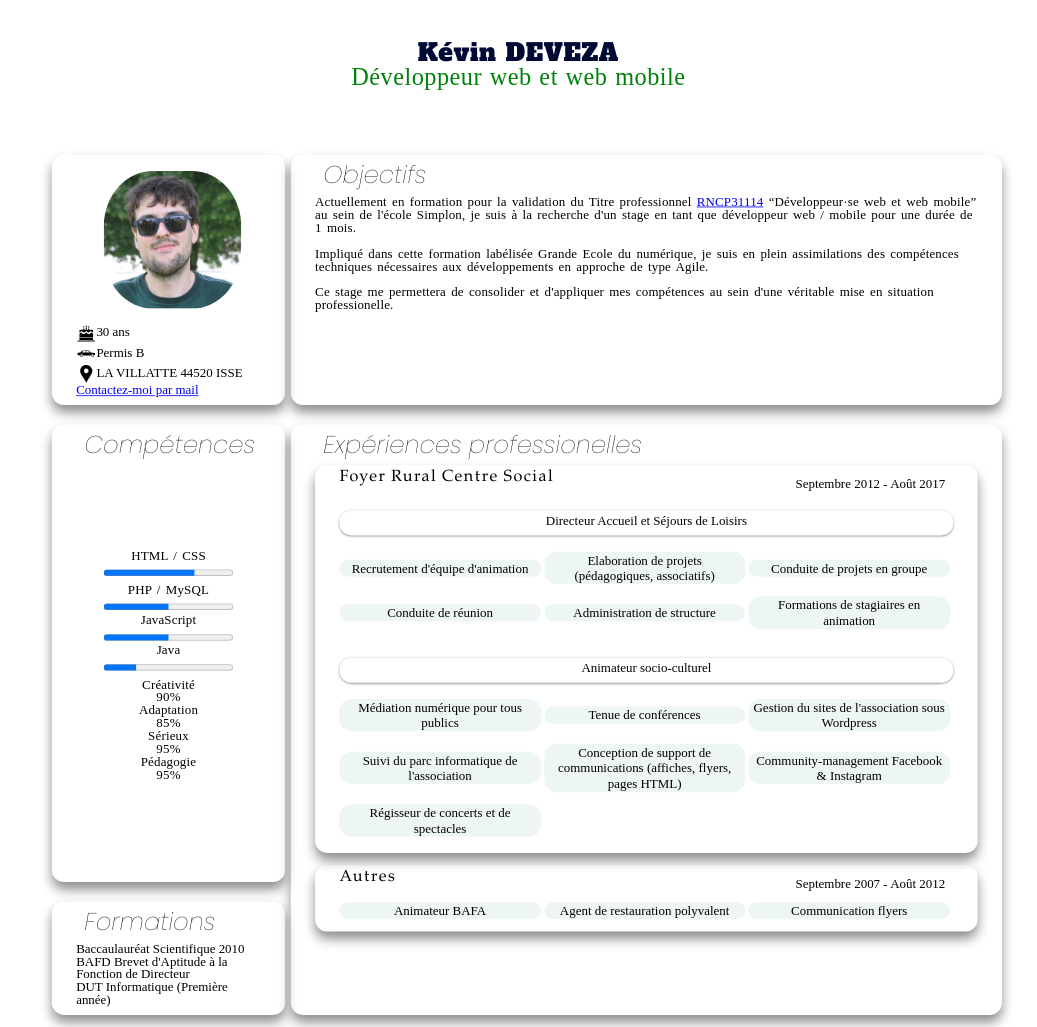
Repository: KevinDvZ/kevindvz.github.io
Page: index.html
These files come from the project's save history. The page is drawn as it stood at one moment and after the next save; the edit follows.
The browser window is 1280 px wide. The pictures show the whole page, at 81% of full size.

Above is the page before, as saved 2020-10-31 18:06:35.

### index.html
<!DOCTYPE html>
<html>

<head>
    <title id="nomprenom">DEVEZA Kevin - Développeur Web et Web mobile.</title>
        <meta charset="utf-8" />
        <meta name="description" contents="CV de Kévin DEVEZA, développeur web  et web mobile junior."/>
        <link rel="stylesheet" href="css/cv_deveza.css" />
        <link rel="stylesheet" href="css/reset.css"/>
        <link href="https://fonts.googleapis.com/css2?family=Alfa+Slab+One&display=swap" rel="stylesheet">
        <link href="https://fonts.googleapis.com/css2?family=Abril+Fatface&display=swap" rel="stylesheet">
        <link href="https://fonts.googleapis.com/css2?family=Poppins:ital,wght@1,100&display=swap" rel="stylesheet">
        <meta name="viewport" content="width=device-width, initial-scale=1.0">    </head>

<body>

<header>

    <div class="text-center">
         <h1 id="nomprenom">Kévin DEVEZA</h1>
         <p id="metier">Développeur web et web mobile</p>
    </div>
</header>

<nav>
        <a class="menu" href="#cadre-obj">Objectif</a>
        <a class="menu" href="#cadre-exp">Expérience professionelles</a>
        <a class="menu" href="#skills">Compétences en développement</a>
        <a class="menu" href="#diplomes">Formations</a>
        <a class="menu" href="#interets">Centres d'intérêt</a>

</nav>

<main>

<div class="cadre" id="cadre-obj">
        <h2 class="entete">Objectifs</h2>

    <p class="p-center"><p>Actuellement en formation pour la validation du Titre professionnel <a href="https://www.francecompetences.fr/recherche/rncp/31114/" target="_blank" rel="noopener">RNCP31114</a> <em>&ldquo;D&eacute;veloppeur&middot;se web et web mobile&rdquo;</em> au sein de l'&eacute;cole <em>Simplon</em>, je suis &agrave; la recherche d'un stage en tant que d&eacute;veloppeur web / mobile pour une dur&eacute;e de<em> 1 mois.</em><em></em></p>
    <p></p><br>
    <p>Impliqué dans cette formation lab&eacute;lis&eacute;e Grande Ecole du num&eacute;rique, je suis en plein assimilations des comp&eacute;tences techniques n&eacute;cessaires aux d&eacute;veloppements en approche de type Agile.</p>
    <p></p><br>
    <p>Ce stage me permettera de consolider et d'appliquer mes comp&eacute;tences au sein d'une v&eacute;ritable mise en situation professionelle.</p>
    <p></p></p>
</div>

<div id="cadre-contact" class="cadre">

     <img src="assets/img/solaire_cv.jpg" alt="" class="img">
      <ul class="contact-liste">
        <li><img src="assets/icones/birthday-cake.svg" class="icone">30 ans</li>
        <li><img src="assets/icones/car.svg" alt="" class="icone">Permis B</li>
        <li><img src="assets/icones/map.svg" class="icone">LA VILLATTE 44520 ISSE</li>
        <a href="mailto:kevin.deveza@sgmail.com"> Contactez-moi par mail </a>
     </ul>
    </div>

<div class="cadre" id="skills">
    <h2 class="entete">Compétences</h2>
                    <div class="cadre-jauges">

        <p>HTML / CSS<p>
        <progress id="file" max="100" value="70"> 70% </progress>
        <p>PHP / MySQL</p>
        <progress id="file" max="100" value="50"> 50% </progress>
        <p>JavaScript</p>
        <progress id="file" max="100" value="50"> 30% </progress>
        <p>Java<p>
        <progress id="file" max="100" value="25"> 25% </progress>
</div>
<div id="soft-skills">
    <p>Créativité</p>
    <p>90%</p>
    <p>Adaptation</p>
    <p>85%</p>
    <p>Sérieux</p>
    <p>95%</p>
    <p>Pédagogie</p>
    <p>95%</p>
</div>
    </div>

<div class="cadre" id="cadre-exp">
            <h2 class="entete">Expériences professionelles</h2>

             <div class="cadre" id="experiences">
                <h2 class="entreprise">Foyer Rural Centre Social</h2>
                <h3 class="dates">Septembre 2012 - Août 2017</h3>
                <div class="cadre" >Directeur Accueil et Séjours de Loisirs</div>
                <div class="cadre" id="competences_exp">Recrutement d'équipe d'animation</div>
                <div class="cadre" id="competences_exp">Elaboration de projets (pédagogiques, associatifs)</div>
                <div class="cadre" id="competences_exp">Conduite de projets en groupe</div>
                <div class="cadre" id="competences_exp">Conduite de réunion</div>
                <div class="cadre" id="competences_exp">Administration de structure</div>
                <div class="cadre" id="competences_exp">Formations de stagiaires en animation</div>

                <div class="cadre" >Animateur socio-culturel</div>
                <div class="cadre" id="competences_exp">Médiation numérique pour tous publics</div>
                <div class="cadre" id="competences_exp">Tenue de conférences</div>
                <div class="cadre" id="competences_exp">Gestion du sites de l'association sous Wordpress</div>
                <div class="cadre" id="competences_exp">Suivi du parc informatique de l'association</div>
                <div class="cadre" id="competences_exp">Conception de support de communications (affiches, flyers, pages HTML)</div>
                <div class="cadre" id="competences_exp">Community-management Facebook & Instagram</div>
                <div class="cadre" id="competences_exp">Régisseur de concerts et de spectacles</div>
            </div>

            <div class="cadre" id="experiences">
                <h2 class="entreprise">Autres</h2>
                <h3 class="dates">Septembre 2007 - Août 2012</h3>
                <div class="cadre" id="competences_exp2">Animateur BAFA</div>
                <div class="cadre" id="competences_exp2">Agent de restauration polyvalent</div>
                <div class="cadre" id="competences_exp2">Communication flyers</div>

            </div>


</div>

<div class="cadre" id="diplomes">
    <h2 class="entete">Formations</h2>
    <ul class="diplomes">
        <li>Baccaulauréat Scientifique 2010</li>
        <li>BAFD Brevet d'Aptitude à la Fonction de Directeur</li>
        <li>DUT Informatique (Première année)</li>
    </ul>
</div>



</main>
<body>
</html>

### css/cv_deveza.css
header {
  padding: 30px;
  text-align: center;
}

.text-center {
  display: inline-block;
  text-align: center;
  padding: 50px;
}

#nomprenom {
  font-family: "Alfa Slab One", cursive;
  font-size: 30px;
  letter-spacing: 0.8px;
  word-spacing: 1.4px;
  color: #000a35;
}

#metier {
  font-size: 30px;
  letter-spacing: 0.6px;
  word-spacing: 1.4px;
  color: #00810b;
  margin-bottom: auto;
}

nav {
  visibility: hidden;
  display: inline-block;
  text-align: center;
  width: 100%;
  margin-bottom: 30px;
}
p {
  font-family: Georgia, serif;
  font-size: 14px;
  letter-spacing: 0.2px;
  word-spacing: 2.2px;
  color: #000000;
  font-weight: 400;
  text-decoration: rgb(68, 68, 68);
  font-style: normal;
  font-variant: normal;
  text-transform: none;
}

.pcenter {
  text-align: center;
}
.menu {
  margin: 3px 3px 3px 3px;
}

body {
  background: rgb(255, 255, 255);
}

main {
  margin-top: 50px;
  display: grid;
  gap: 9px 7px;
  height: auto;
  margin: 15px 5% auto 5%;
  grid-template-columns: repeat(4, 25%);
  grid-template-rows: auto;
  grid-template-areas:
    "contact obj obj obj"
    "skills exp exp exp"
    "diplomes exp exp exp";
}

#cadre-obj {
  grid-area: obj;
  z-index: -5;
}

.entreprise {
  font-family: "Palatino Linotype", "Book Antiqua", Palatino, serif;
  font-size: 20px;
  letter-spacing: 1.8px;
  word-spacing: -1px;
  color: #000000;
  font-weight: 1;
  text-decoration: none;
  font-style: normal;
  font-variant: normal;
  text-transform: none;
}
h3 {
  text-align: right;
}

#cadre-contact {
  grid-area: contact;
  z-index: -50;
}

#cadre-exp {
  grid-area: exp;
  z-index: 100;
}

.img {
  max-height: 170px;
  min-height: 100px;
  width: auto;
  margin: 15px auto 15px auto;
  padding-left: 15%;
  padding-right: 15%;
  border-radius: 40%;
}

.contact-liste li {
  list-style-type: none;
  text-align: left;
  position: inline;
}
.icone {
  width: 25px;
  position: inherit;
  line-height: normal;
  vertical-align: middle;
}

.entete {
  font-family: "Abril Fatface", cursive;
  font-size: 30px;
  display: block;
  font-family: "Poppins", sans-serif;
  margin: 5px auto 10px 10px;
}

.cadre {
  box-shadow: 0 9px 15px rgba(0, 0, 0, 0.45);
  display: block;
  padding: 5px 30px 10px 30px;
  border-radius: 15px;
  margin-bottom: 15px;
}

#skills {
  grid-area: skills;
  z-index: 2;
}
#diplomes {
  grid-area: diplomes;
}

.cadre-jauges {
  margin-top: 50%;
  text-align: center;
  display: block;
  position: relative;
}

.cadre-jauges p {
  margin-bottom: 5px;
}

#soft-skills {
  margin-bottom: 50%;
  text-align: center;
}

.progress-circle {
  position: inline; /* pour servir de référent */
  box-sizing: border-box; /* prise en compte bordure dans la dimension */
  font-size: 1em; /* pour définir les dimensions */
  width: 1em; /* fixe la largeur */
  height: 1em; /* fixe la hauteur */
  border-radius: 100%; /* rendu aspect circulaire */
  border: 0.15em solid #cde; /* couleur de fond de l'anneau */
  background-color: rgba(
    255,
    255,
    255,
    0
  ); /* couleur de fond de la progress bar */
}

.progress-masque {
  display: block;
}

#experiences .cadre {
  display: block;
  box-shadow: 0 1px 3px rgba(0, 0, 0, 0.45);

  margin: 25px auto 15px auto;
  text-align: center;
}

#experiences .dates {
  margin: -10px 10px 10px 10px;
}
.cadre #competences_exp {
  box-shadow: none;
  display: inline-block;
  line-height: normal;
  vertical-align: middle;
  width: 32%;
  line-height: 120%;
  padding: 1px 3px 1px 3px;
  margin: 5px auto 10px auto;
  text-align: center;
  background-color: rgba(13, 116, 76, 0.068);
}

.cadre #competences_exp2 {
  box-shadow: none;
  display: inline-block;
  width: 32%;
  line-height: 120%;
  padding: 1px 3px 1px 3px;
  margin: 5px auto 5px auto;
  text-align: center;
  background-color: rgba(13, 116, 76, 0.068);
}

Loaded but not shown: css/reset.css (common file)

After the next save:
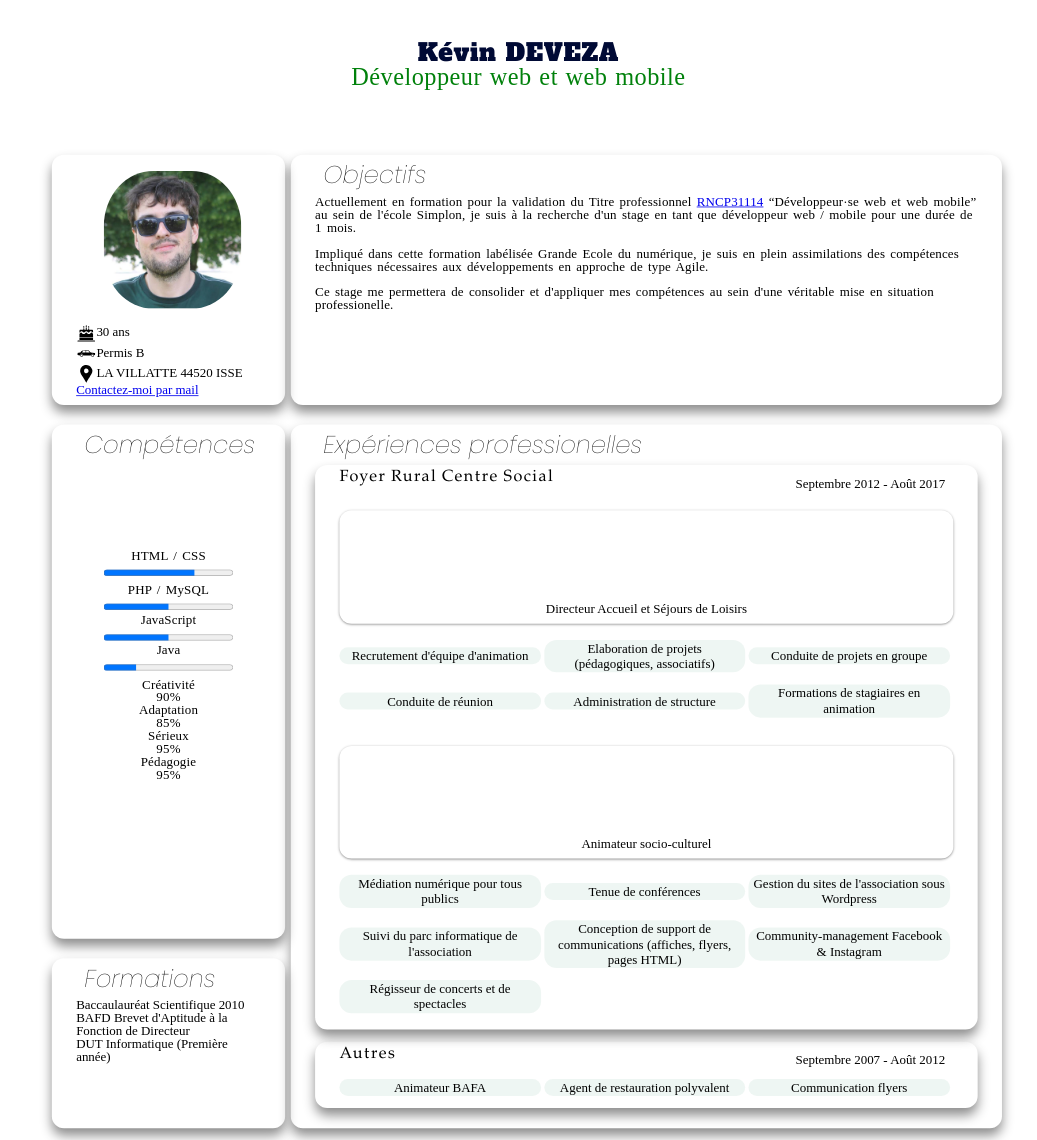
Saved 30 s later.
--- a/css/cv_deveza.css
+++ b/css/cv_deveza.css
@@ -186,7 +186,7 @@
 #experiences .cadre {
   display: block;
   box-shadow: 0 1px 3px rgba(0, 0, 0, 0.45);
-
+  padding-top: 15%;
   margin: 25px auto 15px auto;
   text-align: center;
 }

After the save that followed:
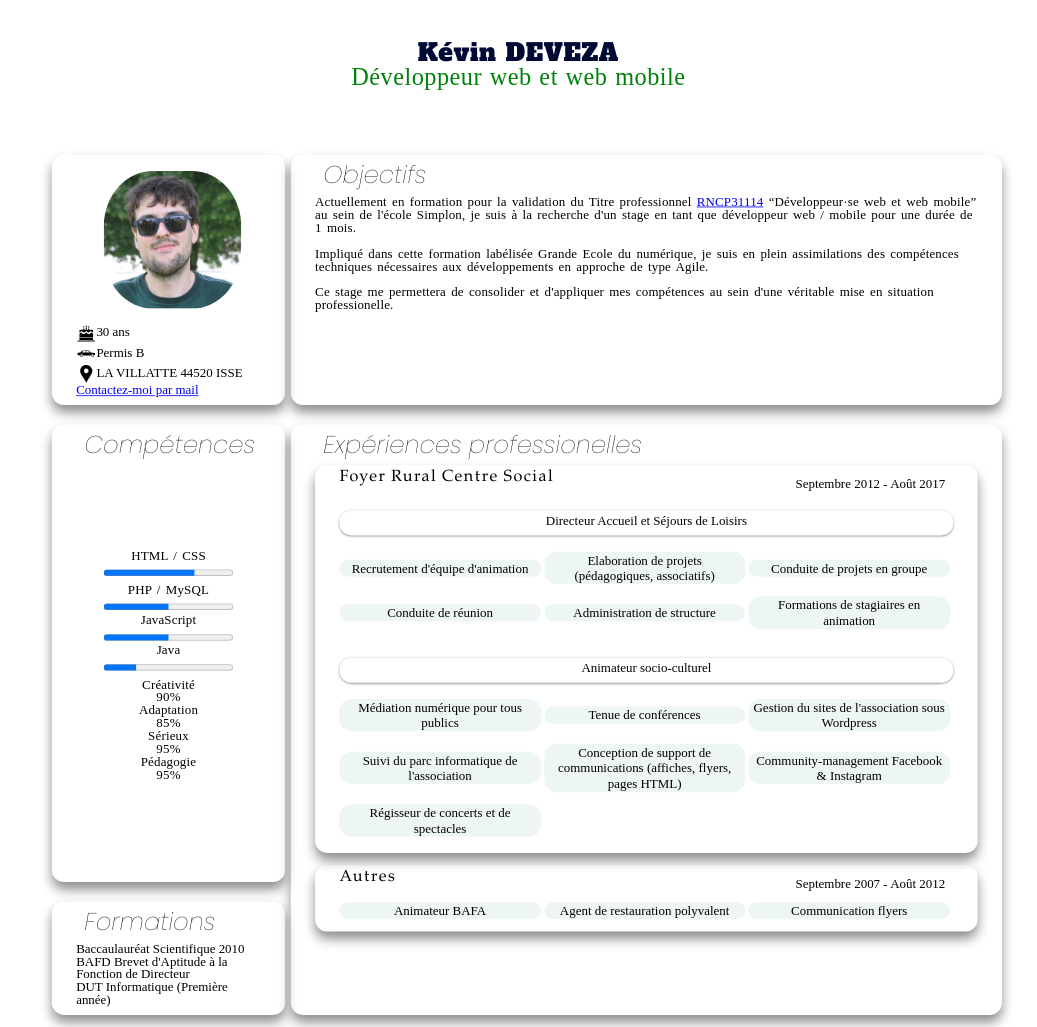
Saved 36 s later.
--- a/css/cv_deveza.css
+++ b/css/cv_deveza.css
@@ -186,7 +186,6 @@
 #experiences .cadre {
   display: block;
   box-shadow: 0 1px 3px rgba(0, 0, 0, 0.45);
-  padding-top: 15%;
   margin: 25px auto 15px auto;
   text-align: center;
 }
